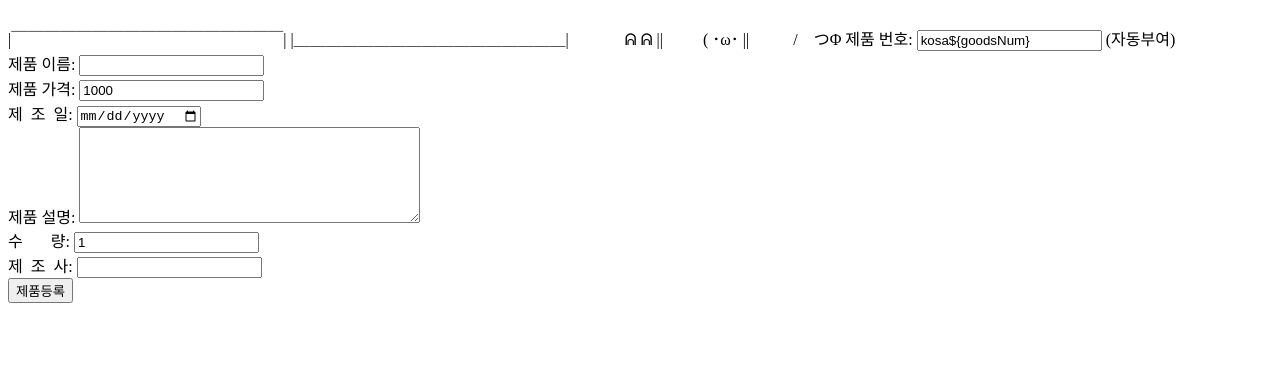
Repository: doram2/dodam
Page: http://localhost/thymeleaf/goods/goodsForm
These files come from the project's save history. The page is drawn as it stood at one moment and after the next save; the edit follows.
The browser window is 1280 px wide. The pictures show the whole page.
The page is this project's Thymeleaf template; nobody is signed in. The template is opened directly, without the code that normally fills it, so the values that code supplies are empty.

Above is the page before, as saved 2022-01-20 06:05:59.

After the next save:
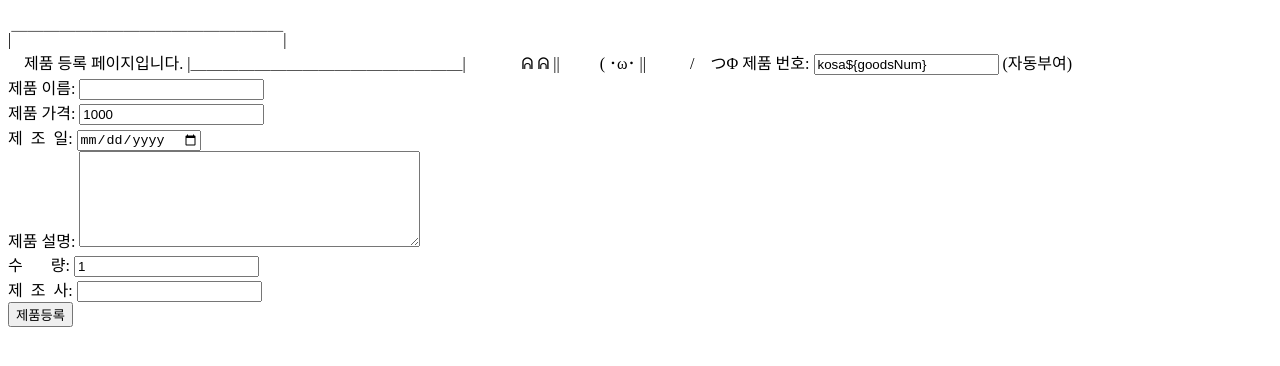
Saved 22 s later.
--- a/springBootTest2/src/main/resources/templates/thymeleaf/goods/goodsForm.html
+++ b/springBootTest2/src/main/resources/templates/thymeleaf/goods/goodsForm.html
@@ -6,8 +6,8 @@
 </head>
 <body>
 	<br/>
-|￣￣￣￣￣￣￣￣￣￣￣￣￣￣￣￣￣|
-
+|￣￣￣￣￣￣￣￣￣￣￣￣￣￣￣￣￣| <br/>
+&nbsp;&nbsp;&nbsp;&nbsp;제품 등록 페이지입니다.
 |＿＿＿＿＿＿＿＿＿＿＿＿＿＿＿＿＿|
 　&nbsp;&nbsp;&nbsp;&nbsp;　        ᕱ ᕱ  ||
 　&nbsp;&nbsp;&nbsp;&nbsp;           ( ･ω･ ||
